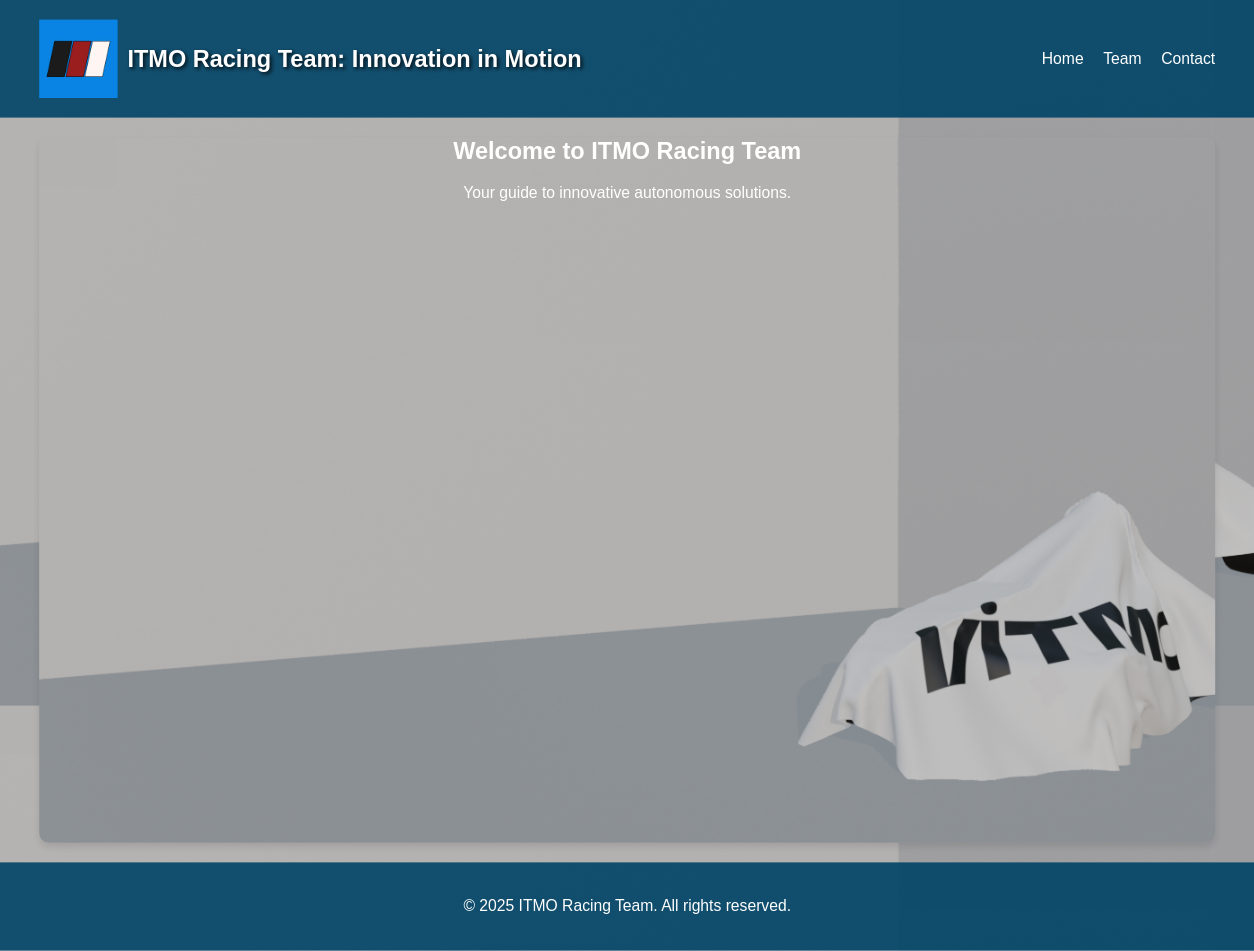
Repository: fs-itmo/fs-itmo.github.io
Page: index.html
The author's editor kept a copy of each file at every save. The page is drawn from the files as they stood at one save, then again after the next save.
The browser window is 1280 px wide. The pictures show the whole page, at 98% of full size.
Backgrounds fixed to the window are drawn as part of the page.

Above is the page before, as saved 2024-12-30 15:30:16.

### index.html
<!DOCTYPE html>
<html lang="en">
<head>
    <meta charset="UTF-8">
    <meta name="viewport" content="width=device-width, initial-scale=1.0">
    <title>Autonomous Systems</title>
    <link rel="stylesheet" href="css/style.css">
</head>
<body>

    <header>
        <div class="container">
            <div class="logo-caption-container">
                <img src="assets/images/logo.png" alt="Logo" class="logo">
                <div class="top-caption">
                    ITMO Racing Team: Innovation in Motion
                </div>
            </div>
            <nav>
                <ul>
                    <li><a href="index.html">Home</a></li>
                    <li><a href="team.html" class="active">Team</a></li>
                    <li><a href="#contact">Contact</a></li>
                </ul>
            </nav>
        </div>
    </header>


    <section id="home">
        <h1>Welcome to ITMO Racing Team</h1>
        <p>Your guide to innovative autonomous solutions.</p>
    </section>

    <!-- <section id="about">
        <h2>About Us</h2>
        <p>We are dedicated to exploring and advancing autonomous systems for diverse applications.</p>
    </section> -->

    <!-- <section id="projects">
        <h2>Projects</h2>
        <ul>
            <li>Autonomous Racing System</li>
            <li>Swarm Robotics</li>
            <li>AI-Driven Drones</li>
        </ul>
    </section> -->

    <!-- <section id="contact">
        <h2>Contact Us</h2>
        <p>Email: <a href="mailto:contact@autonomous-systems.com">contact@autonomous-systems.com</a></p>
    </section> -->

    <footer>
        <p>&copy; 2025 ITMO Racing Team. All rights reserved.</p>
    </footer>
</body>
</html>

### css/style.css
html, body {
    height: 100%;
    margin: 0;
    padding: 0;
}

body {
    font-family: Arial, sans-serif;
    margin: 0;
    padding: 0;
    color: #333;
    background: url('assets/images/title.png') no-repeat center center fixed;
    background-size: cover;
}

header {
    background-color: rgba(0, 68, 102, 0.9);
    padding: 20px 0;
}

header .container {
    display: flex;
    justify-content: space-between;
    align-items: center;
    max-width: 1200px;
    margin: 0 auto;
    padding: 0 20px;
}

/* header .logo {
    max-height: 50px;
} */

header nav ul {
    list-style: none;
    display: flex;
    margin: 0;
    padding: 0;
}

header nav ul li {
    margin-left: 20px;
}

header nav ul li a {
    text-decoration: none;
    color: white;
    font-size: 16px;
}

section {
    padding: 40px 20px;
    max-width: 1200px;
    margin: 0 auto;
    background: rgba(255, 255, 255, 0.8);
    border-radius: 10px;
    box-shadow: 0 4px 8px rgba(0, 0, 0, 0.1);
}

/* section#home {
    background: rgba(244, 244, 244, 0.9);
    text-align: center;
    padding: 60px 20px;
    border-radius: 10px;
} */

section#home {
    background: url("../assets/images/title.png") no-repeat center center/cover;
    color: white;
    text-align: center;
    padding: 0px 0px;
    min-height: 100vh;
    width: 100vw;
}

header .logo {
    max-height: 80px;
}

.logo-caption-container {
    display: flex;
    align-items: center;
    gap: 10px;
}

header .top-caption {
    font-size: 24px;
    font-weight: bold;
    color: #ffffff;
    text-shadow: 2px 2px 4px rgba(0, 0, 0, 0.8);
}

footer {
    background-color: rgba(0, 68, 102, 0.9);
    color: white;
    text-align: center;
    padding: 20px 0;
    margin-top: 20px;
}

.team-section {
    display: flex;
    flex-direction: column;
    gap: 40px;
}
.team-department {
    margin-bottom: 40px;
}
.team-department h2 {
    color: #2c3e50;
    margin-bottom: 10px;
}


/* Team members layout */
.team-member {
    display: inline-block;
    width: 20%;
    text-align: center;
    margin: 10px;
}

.team-member img {
    width: 100px;
    height: 100px;
    border-radius: 50%;
    object-fit: cover;
}


/* автопилот
Новичков Дмитрий
Козак Борис
конструкторы
Попов Глеб
Кочнева Екатерина
Лоу Цзячэн
Шалаев Максим
Сидоренко Александр (пилот)
электротехника
Петриков Фёдор
Савченко Андрей
Ву Куньлунь
Тарасов Степан */

After the next save:
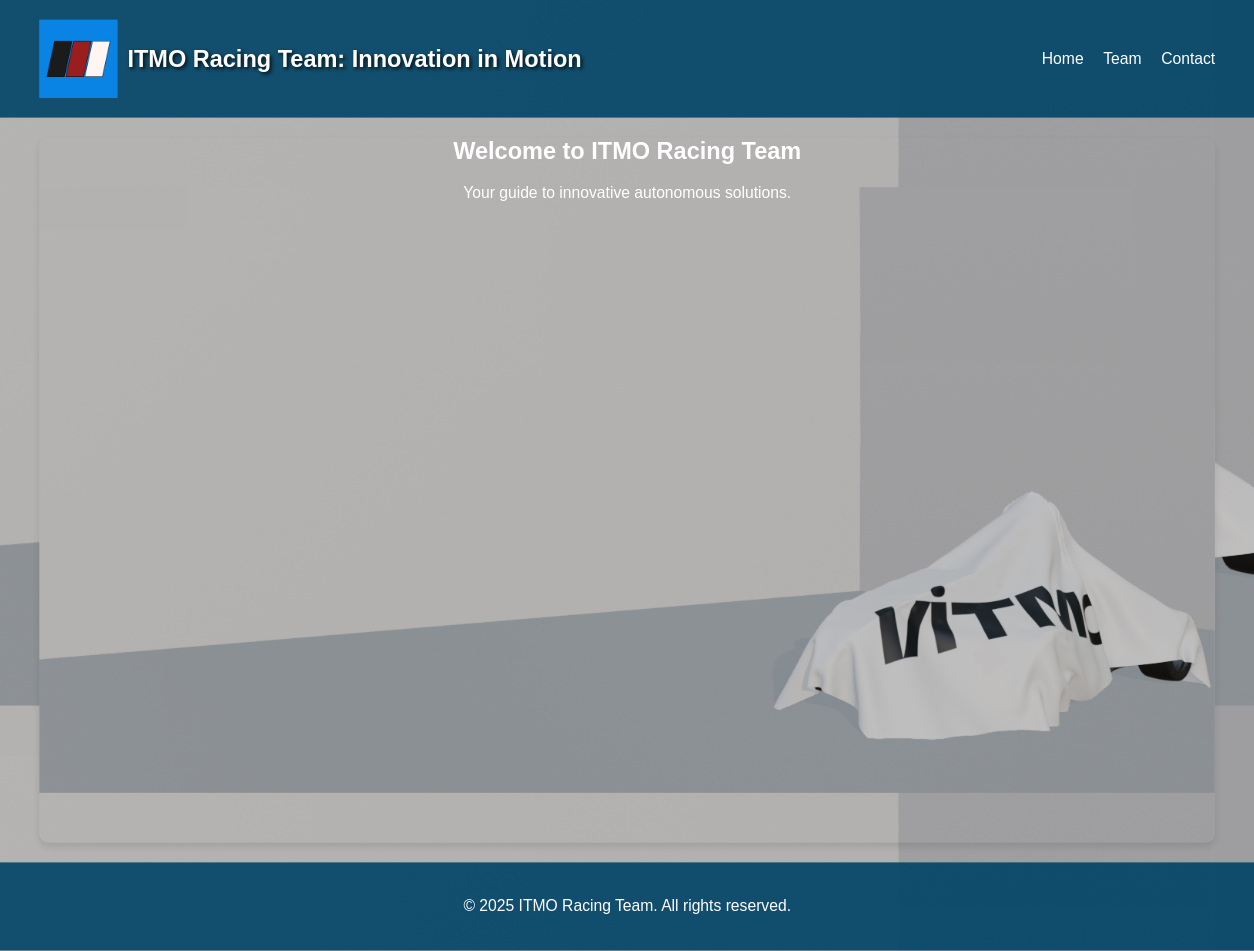
Saved 5 min 58 s later.
--- a/css/style.css
+++ b/css/style.css
@@ -65,13 +65,17 @@
 } */
 
 section#home {
-    background: url("../assets/images/title.png") no-repeat center center/cover;
+    background: url("../assets/images/title.png") no-repeat center center;
+    background-size: contain; /* Изображение будет полностью видно */
+    background-repeat: no-repeat; /* Отключает повторение */
+    background-attachment: fixed; /* Фиксирует фон при прокрутке */
     color: white;
     text-align: center;
     padding: 0px 0px;
     min-height: 100vh;
     width: 100vw;
 }
+
 
 header .logo {
     max-height: 80px;
